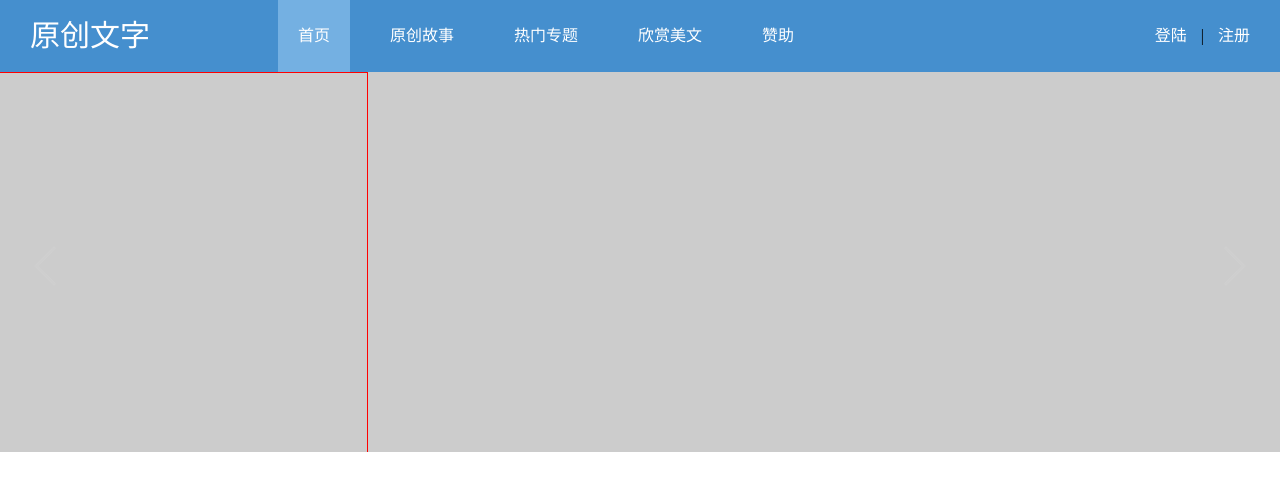
Repository: equation-zheng/Article
Page: http://localhost/Idles/
The author's editor kept a copy of each file at every save. The page is drawn from the files as they stood at one save, then again after the next save.
The browser window is 1280 px wide. The pictures show the whole page.
After loading, the first visible `s.moveLeft` was clicked once.
Some web libraries are served in a nearby version. The page is served by Tomcat 9. Other server files are loaded and not shown.

Above is the page before, as saved 2017-12-06 04:01:37.

### Service/apache-tomcat-7.0.82/Idles/WebContent/index.jsp
<%
	String path = request.getContextPath();		//请求上下文路径
	//System.out.println(path);	// /Idles
	int port = request.getServerPort();		//服务器端口号
	//System.out.println(port);	// 8080
	String basePath = null;
	if (port == 80) {
		//getScheme()返回当前页面使用的协议，http 或是 https;
		basePath = request.getScheme()+"://"+request.getServerName()+path;
	} else {
		basePath = request.getScheme()+"://"+request.getServerName()+":"+request.getServerPort()+path;
	}
	//System.out.println(request.getServerName());   //localhost

	request.setAttribute("basePath", basePath);
%>
<?xml version="1.0" encoding="UTF-8" ?>
<%@ page language="java" contentType="text/html; charset=UTF-8"
    pageEncoding="UTF-8"%>
<!DOCTYPE html PUBLIC "-//W3C//DTD XHTML 1.0 Transitional//EN" "http://www.w3.org/TR/xhtml1/DTD/xhtml1-transitional.dtd">
<html xmlns="http://www.w3.org/1999/xhtml">
<head>
<meta http-equiv="Content-Type" content="text/html; charset=UTF-8" />
<title>首页</title>
</head>
<style>
	* {
		margin: 0;
		padding: 0;
		font-family: "微软雅黑";
	}
	ul li {
		list-style: none;
	}
	.header {
		height: 72px;
		background: #458fce;
	}
	.header .logo {
		color: #fff;
		line-height: 72px;
		font-size: 30px;
		margin-left: 30px;
		display: inline-block;
		font-weight: 500;
		float: left;
	}
	.header ul .first {
		margin-left: 10%;
		background: #74b0e2;
	}
	.header ul li {
		float: left;
		line-height: 72px;
		margin-left: 20px;
		padding: 0 20px 0 20px;
		color: #fff;

	}
	.header ul li:hover{
		background: #74b0e2;
		color: #D6E1CC;
	}
	.header .login {
		margin-right: 20px;
		float: right;
	}
	.header .login a {
		line-height: 72px;
		color: #fff;
		padding: 0 10px 0 10px;
		display: inline-block;
		text-decoration: none;
	}
	.header .login span a:hover {
		background: #74b0e2;
		color: #D6E1CC;
	}
	.banner {
		height: 380px;
		overflow: hidden;
		background: #ccc;
		position: relative;
	}
	.banner ul {
		height: 380px;
		width: 5520px;
		border: solid 5px #red;
		margin-left: -1120px;
	}
	.banner ul li {
		height: 380px;
		width: 1024px;
		border: solid 1px red;
		margin-left: 90px;
		float: left;
	}
	.banner s {
		width: 25px;
		height: 25px;
		position: absolute;
		top: 180px;
		transform: rotate(45deg);
		border-color: #E8E8E8;
		opacity: .1;
		transition: opacity .5s;
	}
	.banner s:nth-child(1) {
		left: 40px;
		border-left-style: solid;
		border-bottom-style: solid;
	}
	.banner s:nth-child(2) {
		right: 40px;
		border-top-style: solid;
		border-right-style: solid;
	}
	.banner:hover s {
		opacity: 1;
	}

</style>
<body>
	<div class="header">
	<div class='logo'>原创文字</div>
		<ul>
			<li class='first'>首页</li>
			<li>原创故事</li>
			<li>热门专题</li>
			<li>欣赏美文</li>
			<li>赞助</li>
		</ul>
		<div class='login'>
			<span><a href="javascript:void(0)">登陆</a></span>
			<span>|</span>
			<span><a href="javascript:void(0)">注册</a></span>
		</div>
	</div>
	<div class="banner">
		<s class="moveLeft"></s>
		<s class="moveRight"></s>
		<ul>
			<li>0<img src="" alt="" /></li>
			<li>1<img src="" alt="" /></li>
			<li>2<img src="" alt="" /></li>
			<li>3<img src="" alt="" /></li>
			<li>4<img src="" alt="" /></li>
			<li>5<img src="" alt="" /></li>
		</ul>
	</div>
</body>
<script src="http://libs.baidu.com/jquery/2.0.0/jquery.min.js"></script>
<script>
	var moveLeft = $('.banner .moveLeft').eq(0);
	var moveRight = $('.banner .moveRight').eq(0);

	var index = 0;
	var imgwidth = $('.banner ul li').width();
	var len = $('.banner ul li').length - 2;
	console.log(imgwidth*len+" | "+$('.banner ul').width());

	function movePicture() {
		$('.banner ul').animate({marginLeft : -imgwidth * (index + 1) + -200}, 1000,
		function() {
			if (index == len) {
				$(this).css('margin-left', -imgwidth);
				index = 0;
			}
			if (index == -1){
				$(this).css('margin-left', -imgwidth * len);
				index = len -1;
			}
		})
	}



	moveLeft.on('click', function() {
		index--;
		movePicture();
	})
	moveRight.on('click', function() {
		index++;
		movePicture();
	})
</script>
</html>

After the next save:
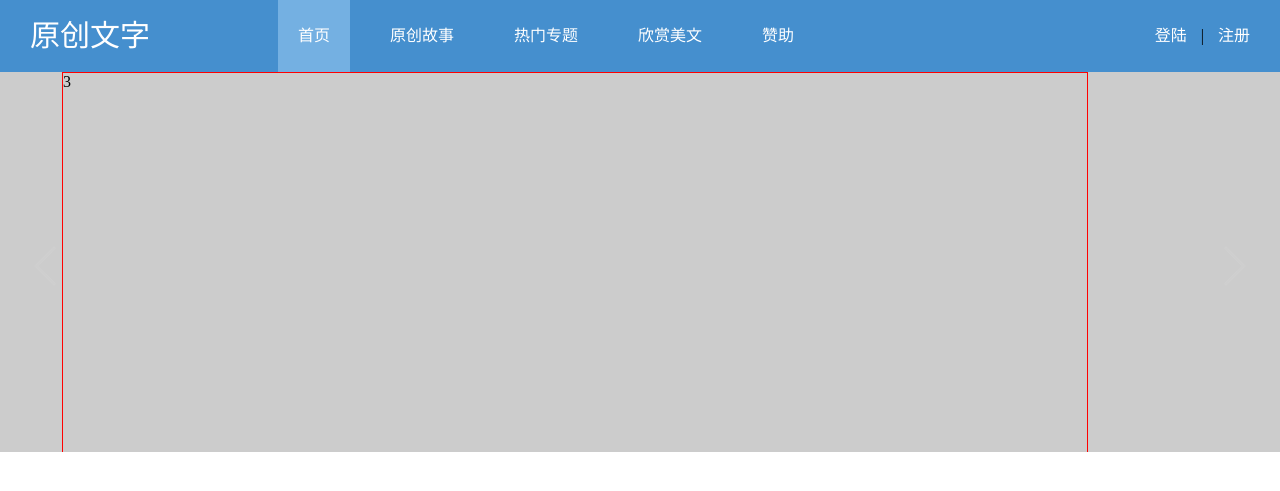
Saved 33 s later.
--- a/Service/apache-tomcat-7.0.82/Idles/WebContent/index.jsp
+++ b/Service/apache-tomcat-7.0.82/Idles/WebContent/index.jsp
@@ -155,12 +155,12 @@
 	var moveRight = $('.banner .moveRight').eq(0);
 
 	var index = 0;
-	var imgwidth = $('.banner ul li').width();
+	var imgwidth = $('.banner ul li').width()-180;
 	var len = $('.banner ul li').length - 2;
 	console.log(imgwidth*len+" | "+$('.banner ul').width());
 
 	function movePicture() {
-		$('.banner ul').animate({marginLeft : -imgwidth * (index + 1) + -200}, 1000,
+		$('.banner ul').animate({marginLeft : -imgwidth * (index + 1)}, 1000,
 		function() {
 			if (index == len) {
 				$(this).css('margin-left', -imgwidth);
